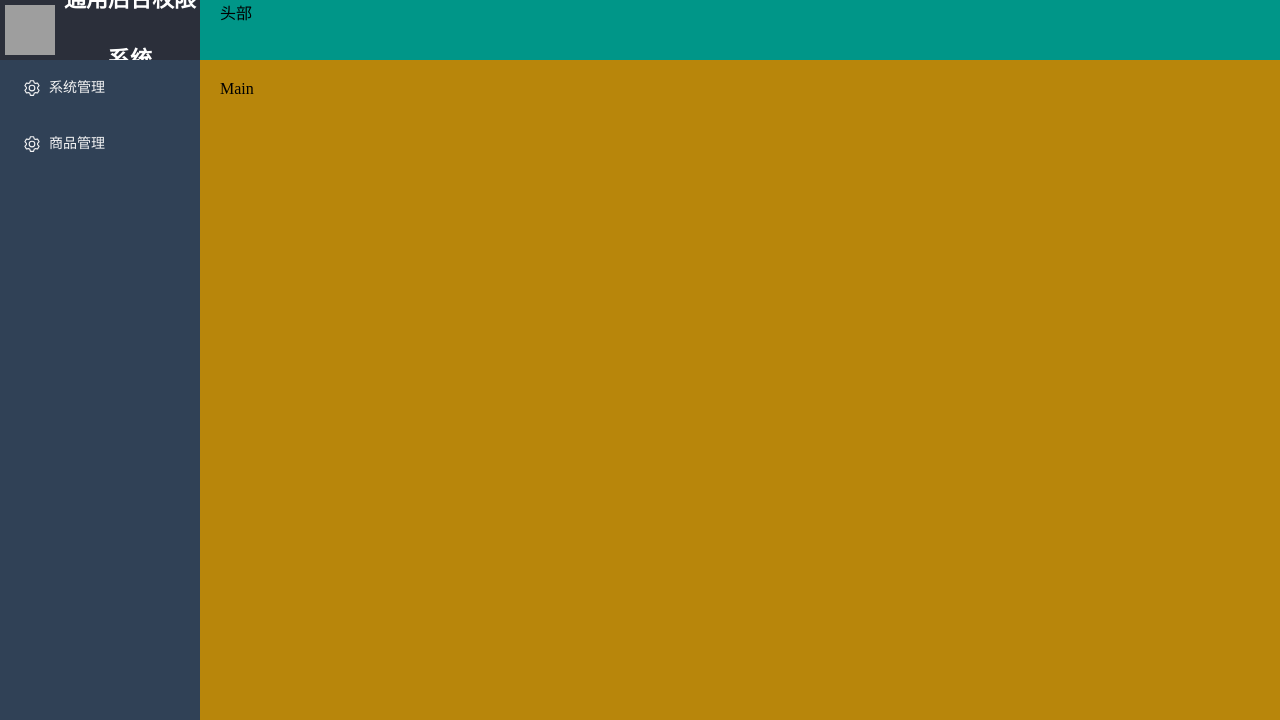
Repository: Langxecho/vite-project
Page: /home
The author's editor kept a copy of each file at every save. The page is drawn from the files as they stood at one save, then again after the next save.
The browser window is 1280 px wide. The pictures show the whole page.
Pictures or frames that could not be fetched are drawn as grey boxes. The project was rebuilt for these pictures with package versions that can differ from the ones it lists, and the page was loaded fresh each time. Also part of the build but not shown: vite.config.ts.

Above is the page before, as saved 2024-11-08 14:36:02.

After the next save:
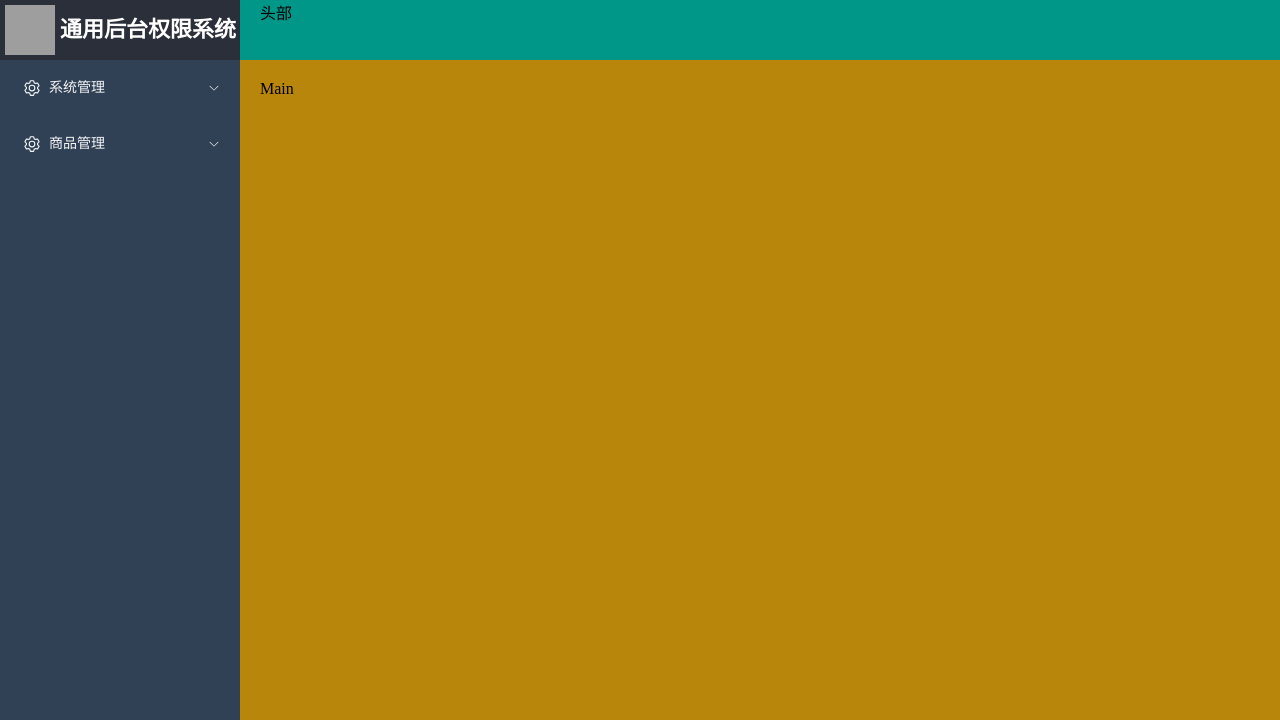
Saved 26 s later.
--- a/src/layout/Index.vue
+++ b/src/layout/Index.vue
@@ -1,6 +1,6 @@
 <template>
   <el-container class="layout">
-    <el-aside width="200px" class="asside">
+    <el-aside width="auto" class="asside">
       <menu-bar></menu-bar>
     </el-aside>
     <el-container>
